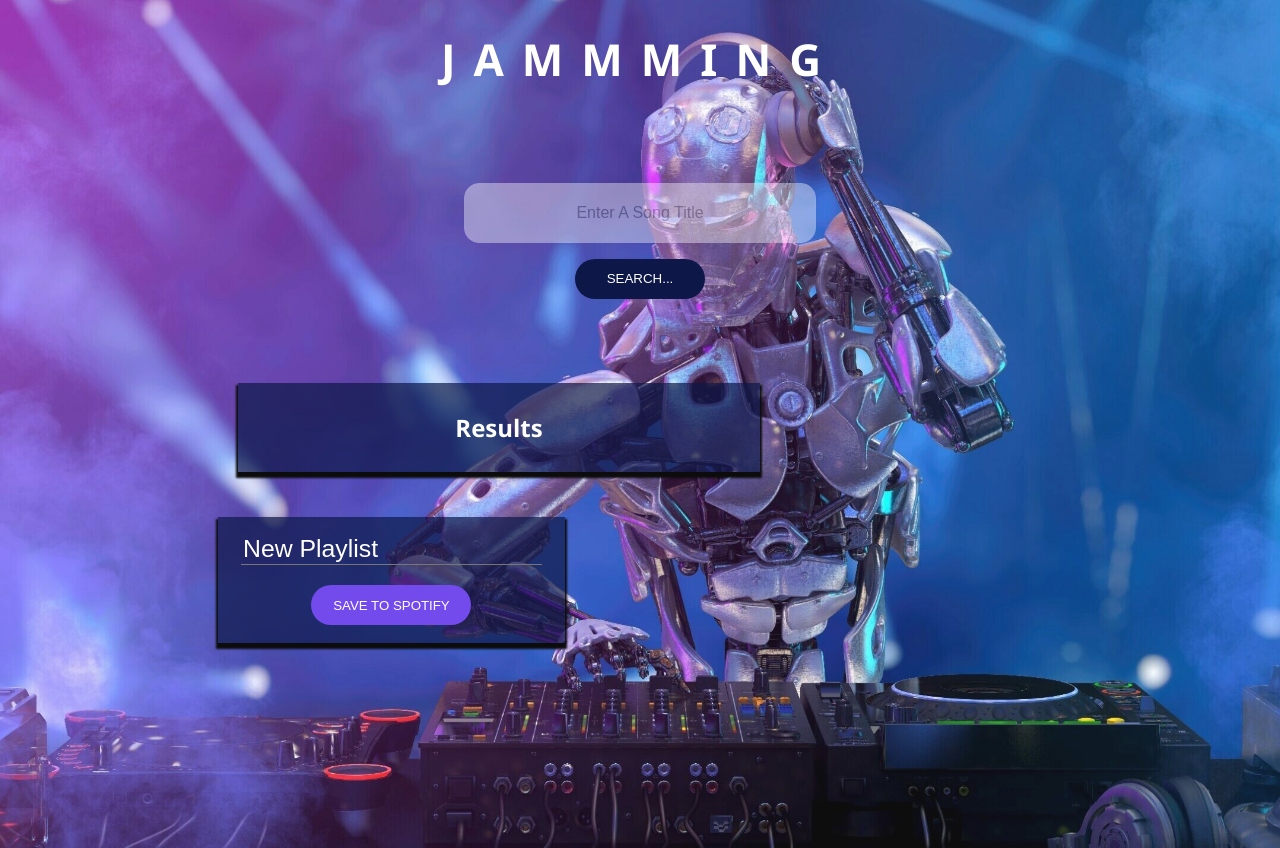
Repository: LolaSL/jamming
Page: /
An editor plug-in stored every save of this project. The page is shown before and after the next save, followed by the edit.
The browser window is 1280 px wide. The pictures show the whole page.
The project was rebuilt for these pictures with package versions that can differ from the ones it lists, and the page was loaded fresh each time. Also part of the build but not shown: src/components/Track/Track.css, src/components/Track/Track.jsx.

Above is the page before, as saved 2023-06-22 19:14:11.

After the next save:
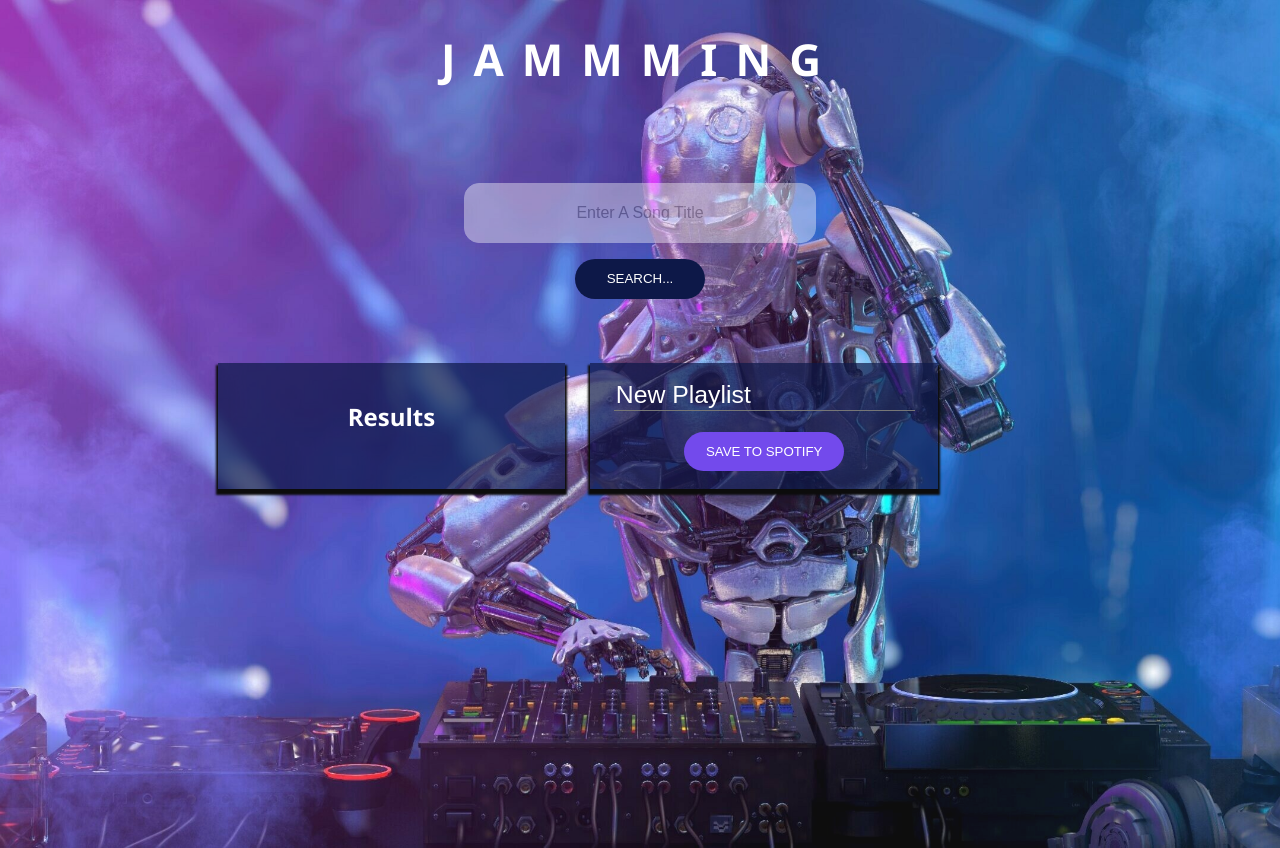
Saved 31 s later.
--- a/src/components/SearchResults/SearchResults.css
+++ b/src/components/SearchResults/SearchResults.css
@@ -1,14 +1,13 @@
 .SearchResults {
   display: flex;
   flex-direction: column;
-    width: 60%;
-    height: auto;
-    overflow-y: scroll;
-    align-items: center;
-    margin: 20px;
-    padding: 0.5rem;
-    background-color: rgba(1, 12, 63, 0.7);
-    box-shadow: 0 4px 2px 2px #000000;
+  align-items: center;
+  overflow-y: scroll;
+  width: 37%;
+  max-height: 700px;
+  padding: 1.1rem;
+  background-color: rgba(1, 12, 63, 0.7);
+  box-shadow: 0 4px 2px 2px #000000;;
   }
   h2{
     font-family:'Segoe UI', Tahoma, Geneva, Verdana, sans-serif;
